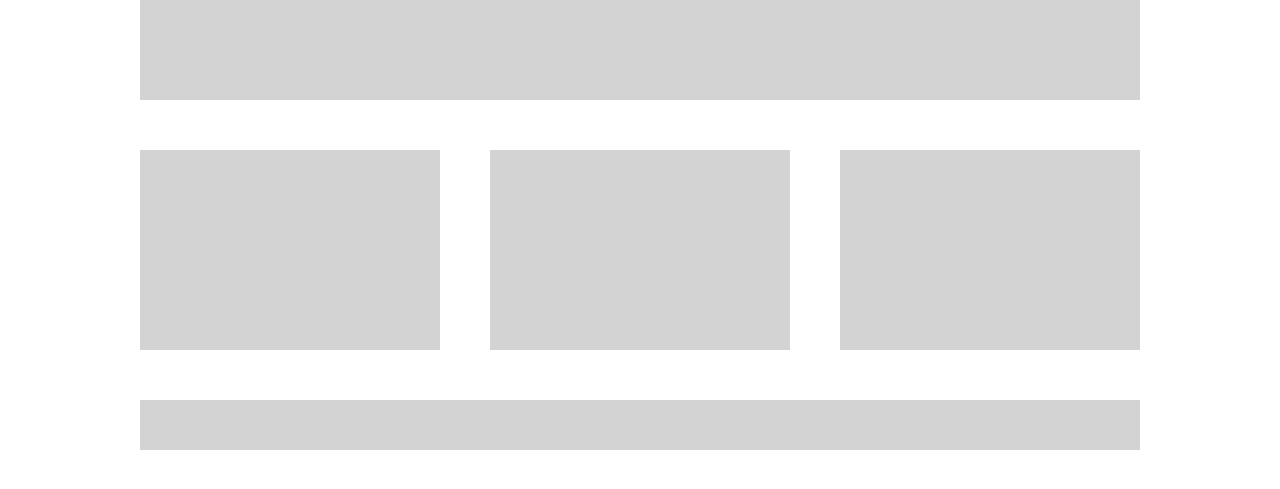
Repository: onopriienkoalina/onopriienkoalina.github.io
Page: dz9_containers/index.html
These files come from the project's save history. The page is drawn as it stood at one moment and after the next save; the edit follows.
The browser window is 1280 px wide. The pictures show the whole page.
The style sheet was rebuilt from its Sass, Less or Tailwind sources for each picture, by a compiler version that may differ from the author's.

Above is the page before, as saved 2021-12-01 18:43:17.

### dz9_containers/index.html
<!DOCTYPE html>
<html lang="en">
<head>
    <meta charset="UTF-8">
    <meta http-equiv="X-UA-Compatible" content="IE=edge">
    <meta name="viewport" content="width=device-width, initial-scale=1.0">
    <title>Document</title>
    <link href="reset.css" rel="stylesheet">
    <link href="css/style.css" rel="stylesheet">
</head>
<body>
    <div class="block1">
<div class="header"></div>
<div class="section1"></div>
<div class="section3"></div>
<div class="section3"></div>
<div class="footer"></div>
</div>
</body>
</html>

### dz9_containers/style.scss

.section1{
 float: left;
 width: 30%;
 height: 200px;
 background-color: #D3D3D3;
}
.section3{
    float: left;
    width: 30%;
    height: 200px;
    margin-left: 5%;
    margin-bottom: 5%;
    background-color: #D3D3D3;
}
.header {
    clear: left;
    width: 100%;
    height: 100px;
    margin-bottom: 5%;
    background-color: #D3D3D3;
}
.footer {
    clear: left;
    width: 100%;
    height: 50px;
    background-color: #D3D3D3;
    margin-top: 5%;
}
.block1 {
    width: 1000px;
    margin: auto;
}

Loaded but not shown: dz9_containers/reset.css (common file)

After the next save:
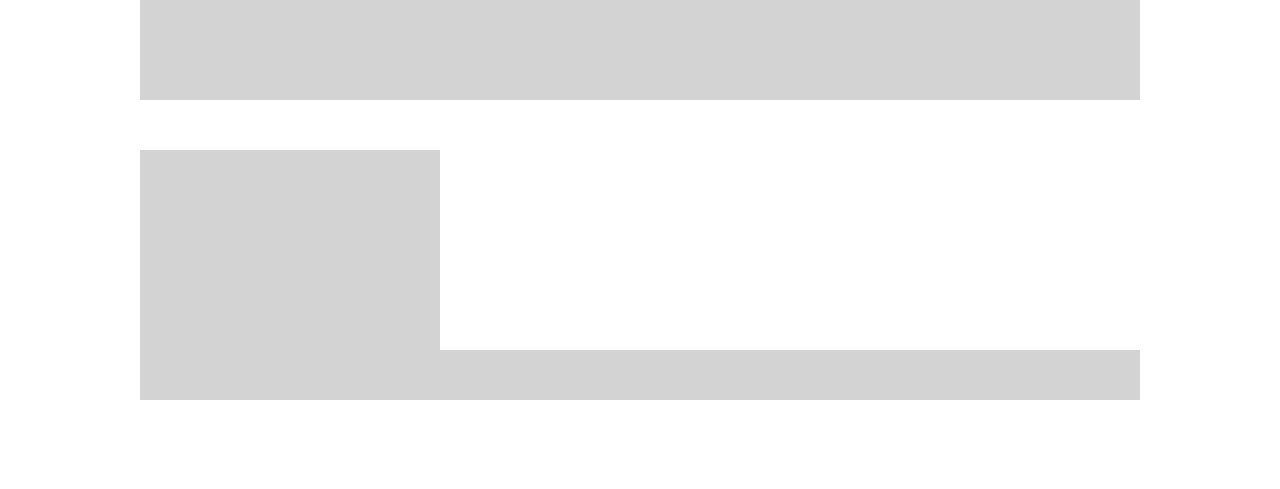
Saved 5 min 0 s later.
--- a/dz9_containers/style.scss
+++ b/dz9_containers/style.scss
@@ -5,7 +5,7 @@
  height: 200px;
  background-color: #D3D3D3;
 }
-.section3{
+.section{
     float: left;
     width: 30%;
     height: 200px;
